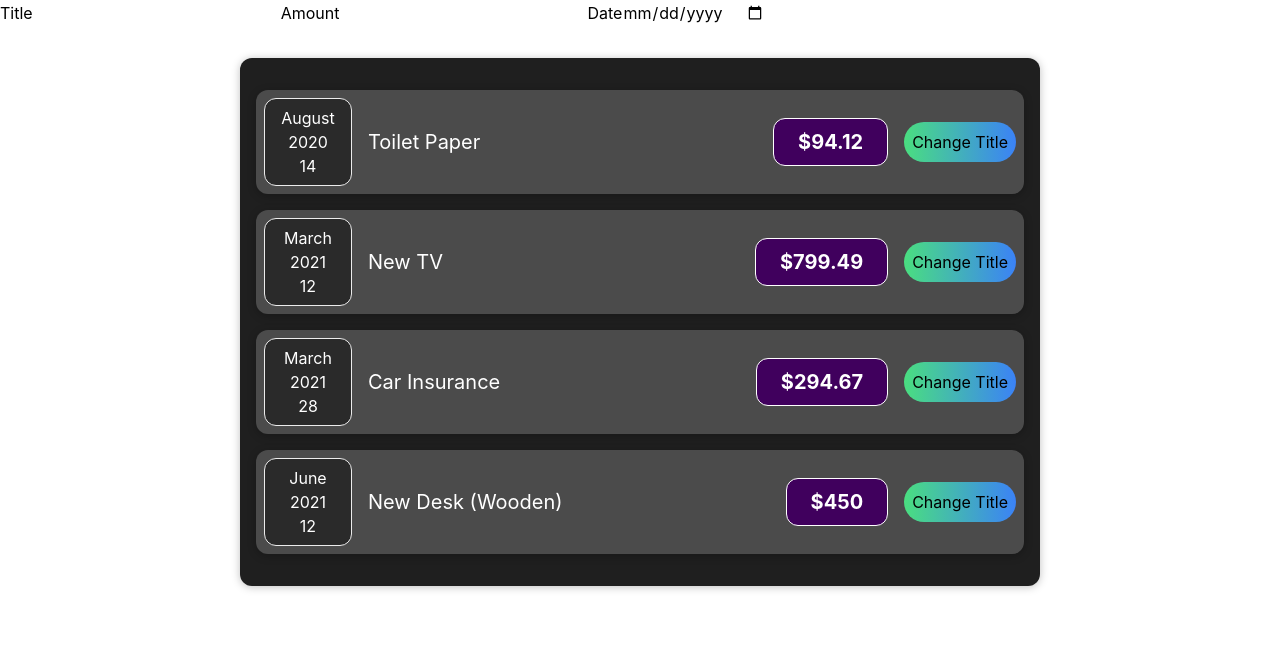
Repository: Sef24/expense-tracker
Page: /
An editor plug-in stored every save of this project. The page is shown before and after the next save, followed by the edit.
The browser window is 1280 px wide. The pictures show the whole page.
The project was rebuilt for these pictures with package versions that can differ from the ones it lists, and the page was loaded fresh each time. Also part of the build but not shown: src/components/NewExpense/NewExpense.css, src/components/NewExpense/ExpenseForm.css.

Above is the page before, as saved 2022-04-24 19:23:10.

After the next save:
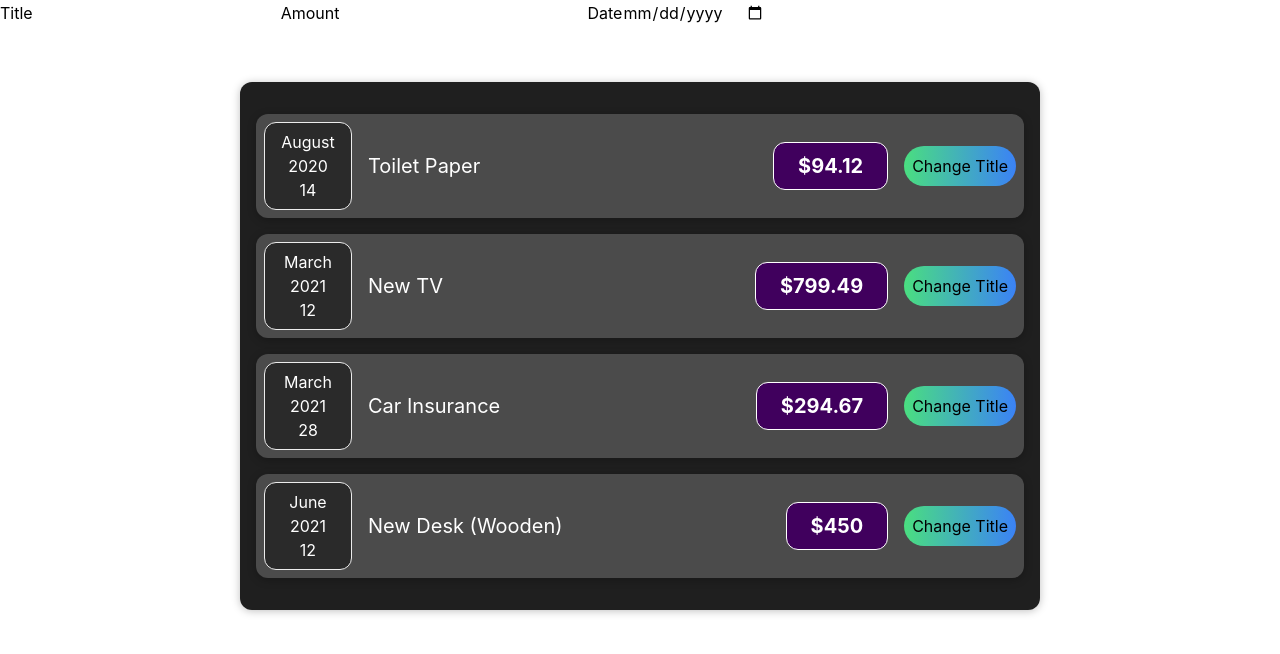
Saved 42 s later.
--- a/src/components/NewExpense/ExpenseForm.js
+++ b/src/components/NewExpense/ExpenseForm.js
@@ -13,6 +13,10 @@ function ExpenseForm() {
 
         <label>Date</label>
         <input type="date" />
+
+        <div>
+          <button></button>
+        </div>
       </div>
     </form>
   );
